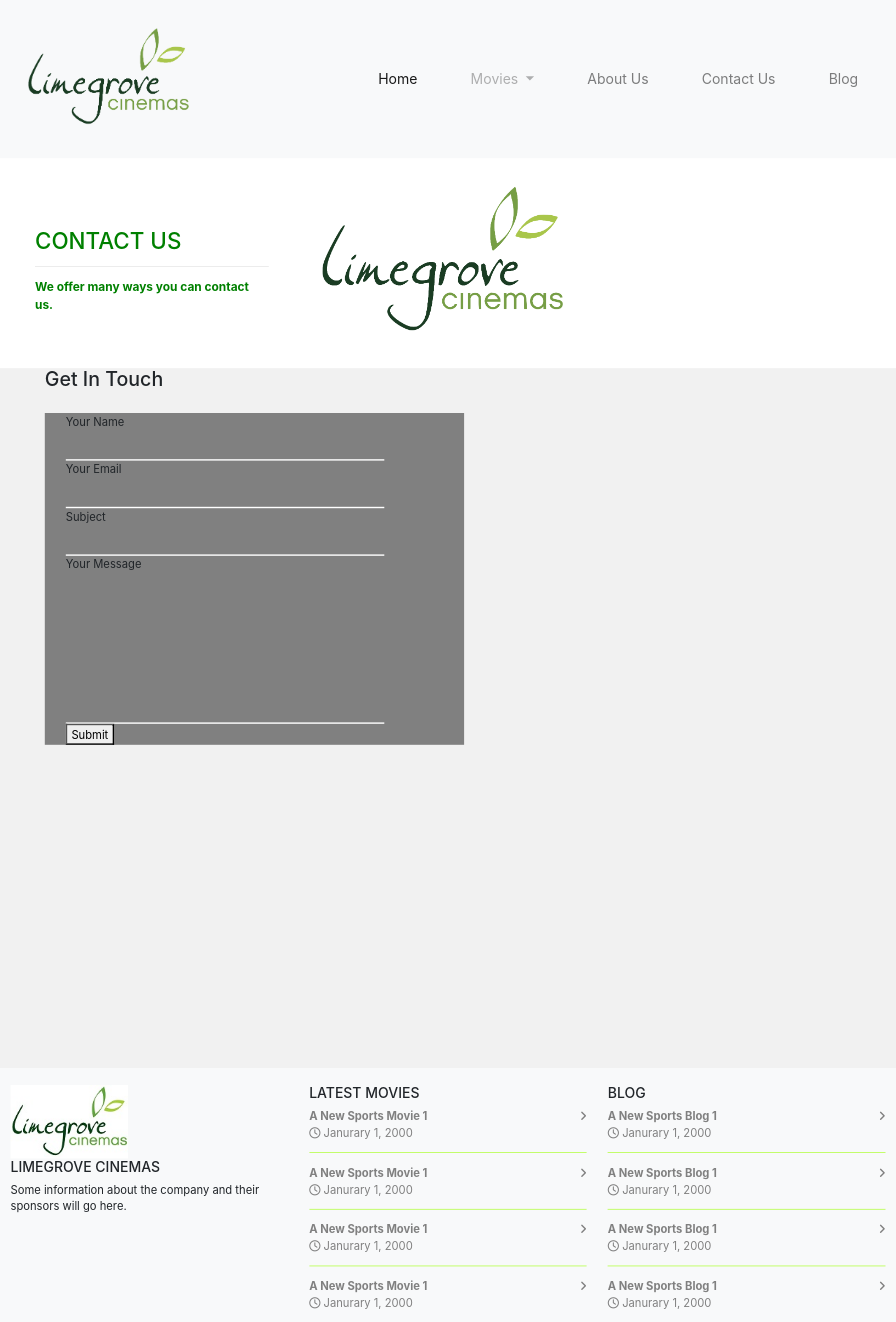
Repository: SimplyZacc/movie-web-template
Page: http://localhost/contactus.php
These files come from the project's save history. The page is drawn as it stood at one moment and after the next save; the edit follows.
The browser window is 1280 px wide. The pictures show the whole page, at 70% of full size.
Some web libraries are served in a nearby version. The page is run by PHP 8.4 with error messages shown; the project is at /var/www/html/.

Above is the page before, as saved 2020-03-28 12:21:38.

### contactus.php
<?php
//set page vars
$title = "Contact Us";
//include page header
include "templates/header.php";
?>

<div class="contact-head">
    <div class="contact-head-body">
        <h2>CONTACT US</h2>
        <hr>
        <p>We offer many ways you can contact us.</p>
    </div>
</div>

<div class="contact-body">
    <div class="contact-body-sub">
        <div class="contact-right">
        </div>
        <div class="contact-left">
            <form action="/">
                <h3>Get In Touch</h3>
                <div class="contact-form-info">
                    <div class="contact-form-info2">
                        <p>Your Name</p>
                        <input type="text" name="name" class="contact-form-input">
                        <p>Your Email</p>
                        <input type="text" name="email" class="contact-form-input">
                        <p>Subject</p>
                        <input type="text" name="subject" class="contact-form-input">
                        <p>Your Message</p>
                        <input type="text" name="message" class="contact-form-textbox">
                        <br>
                        <button type="submit" href="/">Submit</button>
                    </div>
                </div>
            </form>
        </div>
    </div>
</div>

<?php include "templates/footer.php"; ?>

### templates/header.php
<?php
session_start();
?>
<!DOCTYPE html>
<html lang="en">

<head>
    <meta charset="UTF-8">
    <meta name="viewport" content="width=device-width, initial-scale=1.0">

    <title>
        <?php
        $default_header = "Limegrove Cinemas";
        if (isset($title)) {
            echo "Limegrove Cinemas - " . $title;
        } else {
            echo $default_header;
        }
        ?>
    </title>

    <!-- CSS -->
    <link rel="stylesheet" href="https://stackpath.bootstrapcdn.com/bootstrap/4.4.1/css/bootstrap.min.css" integrity="sha384-Vkoo8x4CGsO3+Hhxv8T/Q5PaXtkKtu6ug5TOeNV6gBiFeWPGFN9MuhOf23Q9Ifjh" crossorigin="anonymous">
    <link rel="stylesheet" href="assets/css/styles.css">
    <link rel="stylesheet" href="movie-web-template/assets/css/styles.css">

    <!-- JavaScript -->
    <script src="https://code.jquery.com/jquery-3.4.1.slim.min.js" integrity="sha384-J6qa4849blE2+poT4WnyKhv5vZF5SrPo0iEjwBvKU7imGFAV0wwj1yYfoRSJoZ+n" crossorigin="anonymous"></script>
    <script src="https://cdn.jsdelivr.net/npm/popper.js@1.16.0/dist/umd/popper.min.js" integrity="sha384-Q6E9RHvbIyZFJoft+2mJbHaEWldlvI9IOYy5n3zV9zzTtmI3UksdQRVvoxMfooAo" crossorigin="anonymous"></script>
    <script src="https://stackpath.bootstrapcdn.com/bootstrap/4.4.1/js/bootstrap.min.js" integrity="sha384-wfSDF2E50Y2D1uUdj0O3uMBJnjuUD4Ih7YwaYd1iqfktj0Uod8GCExl3Og8ifwB6" crossorigin="anonymous"></script>
    <script src="https://kit.fontawesome.com/e9662c41f5.js" crossorigin="anonymous"></script>

</head>

<body>

    <nav class="navbar navbar-expand-lg navbar-light bg-light">


        <div class="collapse navbar-collapse" id="navbarSupportedContent">
            <ul class="navbar-nav mr-auto">
                <a class="navbar-brand" href="#"><img src="assets/images/lgcgreenlogo.png" alt="Cinema Logo" style="width: auto;height: 200px"></a>
                <button class="navbar-toggler" type="button" data-toggle="collapse" data-target="#navbarSupportedContent" aria-controls="navbarSupportedContent" aria-expanded="false" aria-label="Toggle navigation">
                    <span class="navbar-toggler-icon"></span>
                </button>
            </ul>

            <ul class="navbar-nav navbar-right">

                <li class="nav-item active p-r-10">
                    <a class="nav-link" href="#">Home <span class="sr-only">(current)</span></a>
                </li>
                <li class="nav-item dropdown p-r-10">
                    <a class="nav-link dropdown-toggle disabled" href="#" id="navbarDropdown" role="button" data-toggle="dropdown" aria-haspopup="true" aria-expanded="false">
                        Movies
                    </a>
                    <div class="dropdown-menu" aria-labelledby="navbarDropdown">
                        <a class="dropdown-item" href="#">Recently Added</a>
                        <a class="dropdown-item" href="#">Popular</a>
                        <a class="dropdown-item" href="#">Soon Added</a>
                    </div>
                </li>

                <li class="nav-item ">
                    <a class="nav-link" href="aboutus.php">About Us</a>
                </li>

                <li class="nav-item p-r-10">
                    <a class="nav-link" href="contactus.php">Contact Us</a>
                </li>

                <li class="nav-item p-r-10">
                    <a class="nav-link" href="blog.php">Blog</a>
                </li>
            </ul>

        </div>
    </nav>

### templates/footer.php
<footer class="page-footer font-small pt-4 bg-light">

    <div class="container-fluid text-center text-md-left">

        <div class="row">

            <div class="col-md-4 mt-md-0 mt-3">

                <img src="assets/images/logo.jpg" alt="">
                <h5 class="text-uppercase">Limegrove Cinemas</h5>
                <p style="height: 100px">Some information about the company and their sponsors will go here.</p>

            </div>

            <hr class="clearfix w-100 d-md-none pb-3">

            <div class="col-md-4 mb-md-0 mb-3">

                <h5 class="text-uppercase bold">Latest Movies</h5>

                <ul class="list-unstyled grey">
                    <li>
                        <a href="#" class="footer-link">A New Sports Movie 1 <span style="float: right"><i class="fas fa-angle-right"></i></span></a>
                        <br>
                        <p><i class="far fa-clock"></i> Janurary 1, 2000</p>
                    </li>
                    <hr style="border-color: greenyellow;">
                    <li>
                        <a href="#" class="footer-link">A New Sports Movie 1 <span style="float: right"><i class="fas fa-angle-right"></i></span></a>
                        <br>
                        <p><i class="far fa-clock"></i> Janurary 1, 2000</p>
                    </li>
                    <hr style="border-color: greenyellow;">
                    <li>
                        <a href="#" class="footer-link">A New Sports Movie 1 <span style="float: right"><i class="fas fa-angle-right"></i></span></a>
                        <br>
                        <p><i class="far fa-clock"></i> Janurary 1, 2000</p>
                    </li>
                    <hr style="border-color: greenyellow;">
                    <li>
                        <a href="#" class="footer-link">A New Sports Movie 1 <span style="float: right"><i class="fas fa-angle-right"></i></span></a>
                        <br>
                        <p><i class="far fa-clock"></i> Janurary 1, 2000</p>
                    </li>
                </ul>

            </div>

            <hr class="clearfix w-100 d-md-none pb-3">

            <div class="col-md-4 mb-md-0 mb-3">

                <h5 class="text-uppercase bold">Blog</h5>

                <ul class="list-unstyled grey">
                    <li>
                        <a href="#" class="footer-link">A New Sports Blog 1 <span style="float: right"><i class="fas fa-angle-right"></i></span></a>
                        <br>
                        <p><i class="far fa-clock"></i> Janurary 1, 2000</p>
                    </li>
                    <hr style="border-color: greenyellow;">
                    <li>
                        <a href="#" class="footer-link">A New Sports Blog 1 <span style="float: right"><i class="fas fa-angle-right"></i></span></a>
                        <br>
                        <p><i class="far fa-clock"></i> Janurary 1, 2000</p>
                    </li>
                    <hr style="border-color: greenyellow;">
                    <li>
                        <a href="#" class="footer-link">A New Sports Blog 1 <span style="float: right"><i class="fas fa-angle-right"></i></span></a>
                        <br>
                        <p><i class="far fa-clock"></i> Janurary 1, 2000</p>
                    </li>
                    <hr style="border-color: greenyellow;">
                    <li>
                        <a href="#" class="footer-link">A New Sports Blog 1 <span style="float: right"><i class="fas fa-angle-right"></i></span></a>
                        <br>
                        <p><i class="far fa-clock"></i> Janurary 1, 2000</p>
                    </li>
                </ul>

            </div>

        </div>

    </div>

</footer>

</body>
</html>

### assets/css/styles.css
.hr{
    border-color: whitesmoke;
}

.grey{
    color: grey;
}

.footer-link{
    font-weight: bold;
    text-decoration: none;
    color: grey;
}

.footer-link:hover{
    text-decoration: none;
    color: #13df13;
    transition-duration: 0.5s;
}

.navbar-nav > li{
    padding-left:30px;
    padding-right:30px;
    font-size: 20px;
}

/****************************************** Contact Us Page ******************************************/

.contact-head{
    height: 300px;
    width: 100%;
    background-image: url('/assets/images/lgcgreenlogo.png');
    background-position-x: center;
    background-repeat: no-repeat;
    background-size: contain;
}

.contact-head-body{
    font-weight: bold;
    font-size: 17px;
    color: green;
    width: 30%;
    padding-left: 50px;
    padding-top: 100px;
}

.contact-body{
    height: 1000px;
    background-color: rgb(241, 241, 241);
}

.contact-body-sub{
    width: 90%;
    margin-left: auto;
    margin-right: auto;
}

.contact-right{
    float: right;
    width: 35%;
}

.contact-left{
    float: left;
    width: 65%;
}

.contact-form-info{
    margin-top: 30px;
    background-color: grey;
    width: 80%;
}


.contact-form-info2{
    padding-left: 30px;
}

.contact-form-input{
    width: 80%;
    border: none;
    outline: none;
    border-bottom: 2px solid white;
    background-color: transparent;
    cursor: default;
}

.contact-form-input:hover{
    border-bottom: 2px solid #13df13;
    transition-duration: 0.5s;
}

.contact-form-textbox{
    width: 80%;
    height: 200px;
    border: none;
    outline: none;
    border-bottom: 2px solid white;
    background-color: transparent;
    cursor: default;
}

.contact-form-textbox:hover{
    border-bottom: 2px solid #13df13;
    transition-duration: 0.5s;
}

After the next save:
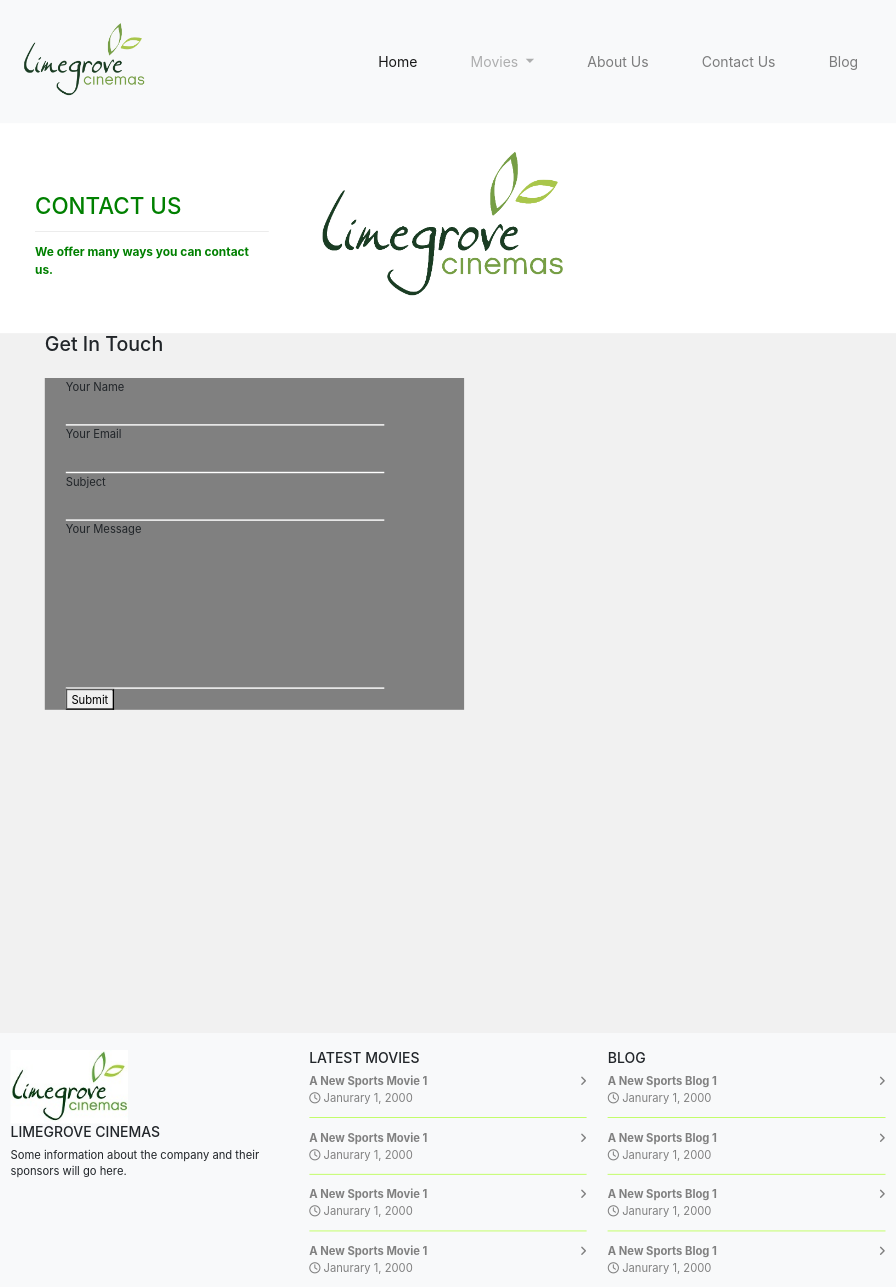
Saved 6 s later.
--- a/templates/header.php
+++ b/templates/header.php
@@ -39,7 +39,7 @@ session_start();
 
         <div class="collapse navbar-collapse" id="navbarSupportedContent">
             <ul class="navbar-nav mr-auto">
-                <a class="navbar-brand" href="#"><img src="assets/images/lgcgreenlogo.png" alt="Cinema Logo" style="width: auto;height: 200px"></a>
+                <a class="navbar-brand" href="#"><img src="assets/images/lgcgreenlogo.png" alt="Cinema Logo" style="width: auto;height: 150px"></a>
                 <button class="navbar-toggler" type="button" data-toggle="collapse" data-target="#navbarSupportedContent" aria-controls="navbarSupportedContent" aria-expanded="false" aria-label="Toggle navigation">
                     <span class="navbar-toggler-icon"></span>
                 </button>
